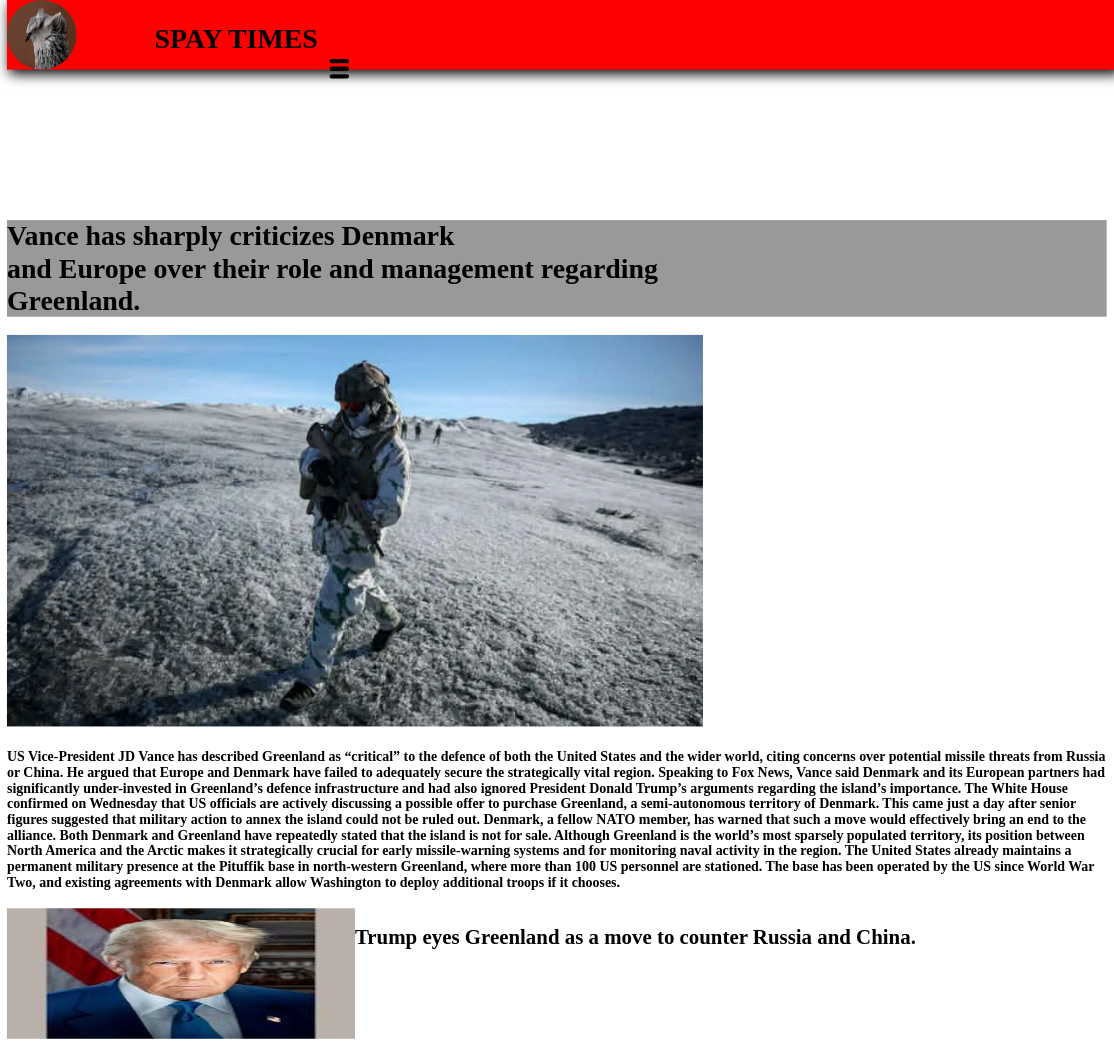
Repository: ridhukhan/spytimes
Page: /
The author's editor kept a copy of each file at every save. The page is drawn from the files as they stood at one save, then again after the next save.
The browser window is 1280 px wide. The pictures show the whole page, at 87% of full size.
The project was rebuilt for these pictures with package versions that can differ from the ones it lists, and the page was loaded fresh each time. Also part of the build but not shown: vite.config.js, src/nav/Navbar.css, src/components/policy/PrivecyPolicy.jsx, src/components/policy/Terms.jsx.

Above is the page before, as saved 2026-01-10 20:26:40.

After the next save:
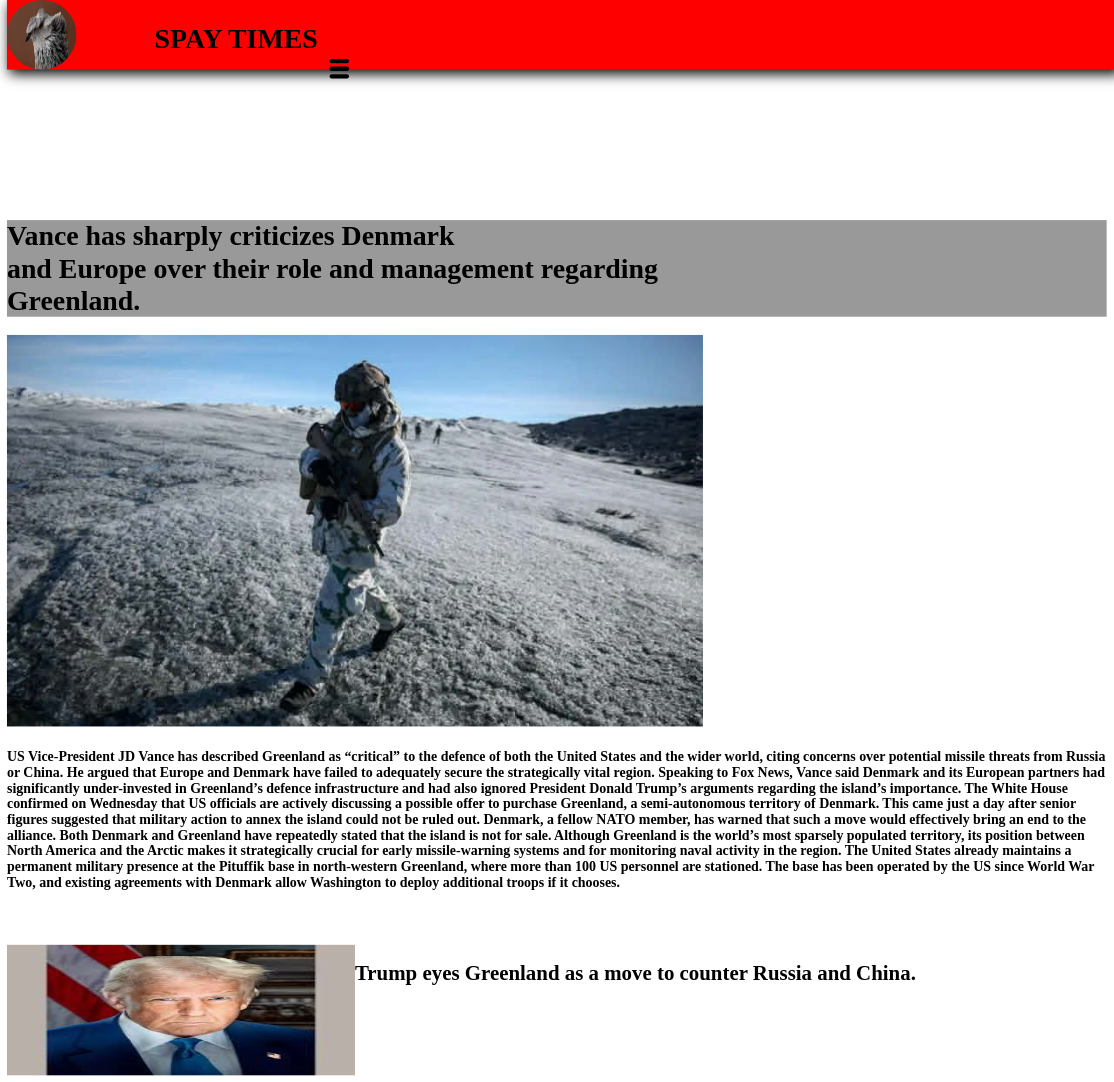
Saved 21 s later.
--- a/src/components/trending/Trending.jsx
+++ b/src/components/trending/Trending.jsx
@@ -2,7 +2,7 @@ import React from 'react'
 import donaldtrump from "../../assets/donaldtrump.jpeg"
 const Trending = () => {
   return (
-    <div style={{display:"flex"}}>
+    <div style={{display:"flex", marginTop:"5%"}}>
 
 <img src={donaldtrump} alt="donaldtrump" style={{width:"400px", height:"150px"}}/>
 <h2>Trump eyes Greenland as a move to counter Russia and China.</h2>
